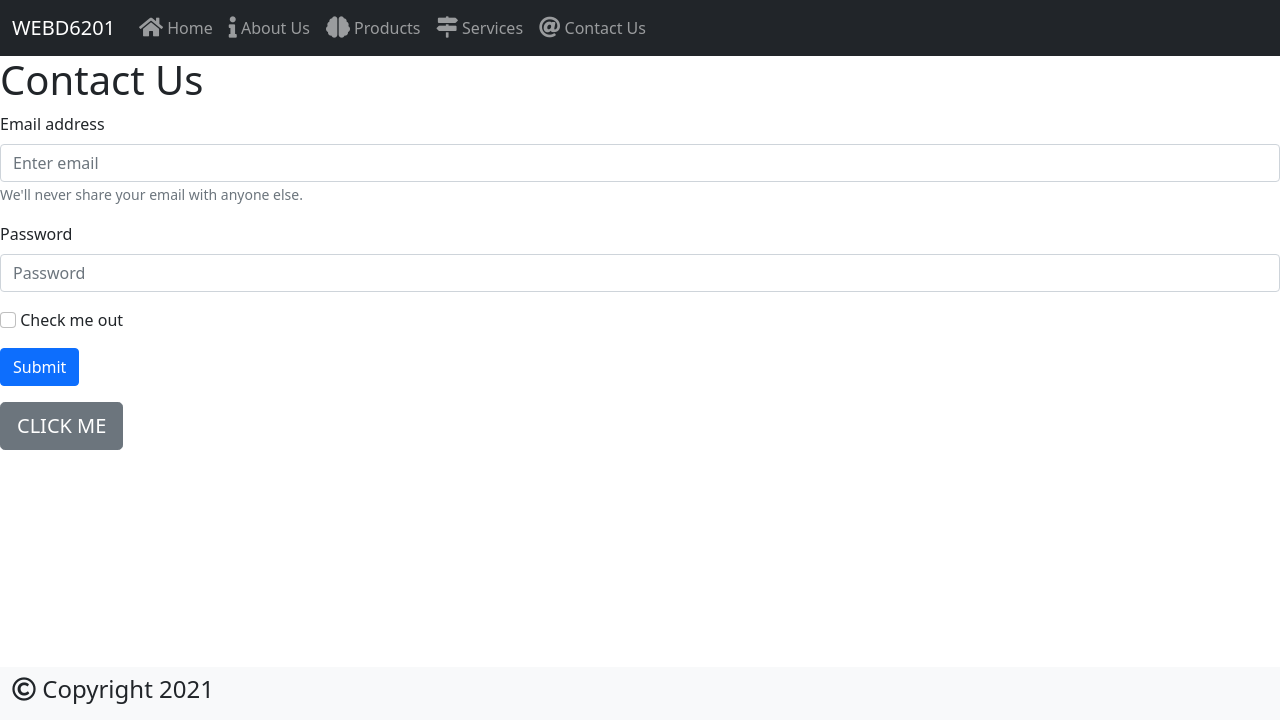
Repository: GarlicButterBoy/WEBD6201-Week1
Page: contact.html
An editor plug-in stored every save of this project. The page is shown before and after the next save, followed by the edit.
The browser window is 1280 px wide. The pictures show the whole page.

Above is the page before, as saved 2021-01-21 09:19:47.

### contact.html
<!DOCTYPE html>
<html lang="en">
<head>
    <meta charset="UTF-8">
    <meta name="viewport" content="width=device-width, initial-scale=1.0">
    <title>Contact Us</title>

    <!-- CSS Section -->
    <link rel="stylesheet" href="./node_modules/bootstrap/dist/css/bootstrap.min.css">
    <link rel="stylesheet" href="./node_modules/@fortawesome/fontawesome-free/css/all.min.css">
    <link rel="stylesheet" href="./Content/app.css">

</head>
<body>
       <!-- Main Nav Header -->

       <header>
         <!--Main Navigation-->
        <nav class="navbar navbar-expand-lg navbar-dark bg-dark">
            <div class="container-fluid">
              <a class="navbar-brand" href="index.html">WEBD6201</a>
              <button class="navbar-toggler" type="button" data-bs-toggle="collapse" data-bs-target="#navbarSupportedContent" aria-controls="navbarSupportedContent" aria-expanded="false" aria-label="Toggle navigation">
                <span class="navbar-toggler-icon"></span>
              </button>
              <div class="collapse navbar-collapse" id="navbarSupportedContent">
                <ul class="navbar-nav ml-auto mb-2 mb-lg-0">

                  <li class="nav-item">
                    <a class="nav-link" aria-current="page" href="index.html">
                        <i class="fas fa-home fa-lg"></i> Home</a>
                  </li>

                  <li class="nav-item">
                    <a class="nav-link" aria-current="page" href="about.html">
                        <i class="fas fa-info fa-lg"></i> About Us</a>
                  </li>

                  <li class="nav-item">
                    <a class="nav-link" aria-current="page" href="products.html">
                        <i class="fas fa-brain fa-lg"></i> Products</a>
                  </li>

                  <li class="nav-item">
                    <a class="nav-link" aria-current="page" href="services.html">
                        <i class="fas fa-map-signs fa-lg"></i> Services</a>
                  </li>

                  <li class="nav-item  active">
                    <a class="nav-link" aria-current="page" href="contact.html">
                        <i class="fas fa-at fa-lg"></i> Contact Us</a>
                  </li>

                </ul>
              </div>
            </div>
          </nav>
    </header>
<!--Main Content-->
    <main >
        <h1>Contact Us</h1>

        <form class="col-lg-auto">

          <div class="mb-3">
            <label for="exampleInputEmail1" class="form-label">Email address</label>
            <input type="email" class="form-control" id="exampleInputEmail1" aria-describedby="emailHelp" placeholder="Enter email">
            <small id="emailHelp" class="form-text text-muted">We'll never share your email with anyone else.</small>
          </div>

          <div class="mb-3">
            <label for="exampleInputPassword1" class="form-label">Password</label>
            <input type="password" class="form-control" id="exampleInputPassword1" placeholder="Password">
          </div>

          <div class="mb-3">
            <input type="checkbox" class="form-check-input" id="exampleCheck1">
            <label class="form-check-label" class="form-check-label" for="exampleCheck1">Check me out</label>
          </div>
          <button type="submit" class="btn btn-primary">Submit</button>
        </form>

        <p id="paragraphOne" ></p>
        <button class="btn btn-secondary btn-lg" id="clickMeButton">CLICK ME</button>
    </main>
<!--Main Footer-->
    <footer>
        <nav class="navbar fixed-bottom navbar-light bg-light">
            <div class="container-fluid">
              <h4><i class="far fa-copyright" ></i> Copyright 2021</h4>
            </div>
        </nav>
    </footer>

    <!-- JavaScript Section -->
    <script src="./node_modules/jquery/dist/jquery.min.js"></script>
    <script src="./node_modules/bootstrap/dist/js/bootstrap.bundle.min.js"></script>
    <script src="./Scripts/app.js"></script>

</body>
</html>

### Content/app.css
/*
 * Custom CSS goes here!
 */

### Scripts/app.js
/*
 * Custom Scripts go here!
 */

//IIFE - Immediately Invoked Function Expression
//AKA - Anonymous Self-Executing Function
//Closure - Limits Scope Leak

"use strict";

(function()
{

    function displayHome()
    {

    }

    function displayAbout()
    {

    }

    function displayProducts()
    {

    }

    function displayServices()
    {

    }

    function displayContact()
    {

    }

    //Initialization Function
    function Start()
    {

       console.log("App Started...");
       switch(document.title)
       {
           case 'Home':
               displayHome();
               break;
           case 'About':
               displayAbout();
               break;
           case 'Products':
               displayProducts();
               break;
           case 'Services':
               displayServices();
               break;
           case 'Contact':
               displayContact();
               break;
       }

/*
       let paragraphOneText = "This is a simple site to demonstrate DOM Manipulation for ICE 01.";

       let paragraphOneElement = document.getElementById("paragraphOne");

       paragraphOneElement.className = "fs-5 fw-bold";
       paragraphOneElement.textContent = paragraphOneText;

       //Step 1. document.createElement
       let newParagraph = document.createElement("p");
       //Step 2. Configure the element
       newParagraph.setAttribute("id", "paragraphTwo");
       newParagraph.textContent = "...And this is paragraph Two.";
       //Step 3. Select the parent
       let mainContent = document.getElementsByTagName("main")[0];
       //Step 4. Add/Insert the element
       mainContent.appendChild(newParagraph);

       paragraphTwo.className = "fs-6";

       //Another way to inject a comment
       let paragraphDiv = document.createElement('div');
       let paragraphThree = `<p class="fs-7" fw-bold>This is the third paragraph.</p>`;
       paragraphDiv.innerHTML = paragraphThree;

       //Insertion Before
       //paragraphTwo.before(paragraphDiv);

       //Insertion After
       paragraphTwo.after(paragraphDiv);

       //deletions
       //target an element
       //paragraphOneElement.remove();//remove a single element
       //target a child (rough)
       mainContent.removeChild(paragraphOneElement);

       //updates/modifications
       //paragraphTwoElement.firstChild.textContent = "This is an update. Welcome back!";
       mainContent.firstElementChild.textContent = "This is an update. Welcome back!";

        mainContent.innerHTML =
        `
        <h1 id="firstHeading">Welcome to Webd6201 - Lab 1</h1>
        <p id="firstParagraph" class="fw-bold">This is the first paragraph</p>
        `;
*/
       for (let index = 0; index < 5; index++)
       {

        console.log(index);

        let clickMeButton = document.getElementById("clickMeButton");



        clickMeButton.addEventListener("click", ()=>
        {
            console.log("Click me button was depressed :(");
        });
       }
    }
    //Event Listener
    window.addEventListener("load", Start);

})();

Loaded but not shown: node_modules/bootstrap/dist/css/bootstrap.min.css (library); node_modules/@fortawesome/fontawesome-free/css/all.min.css (library); node_modules/jquery/dist/jquery.min.js (library); node_modules/bootstrap/dist/js/bootstrap.bundle.min.js (library)

After the next save:
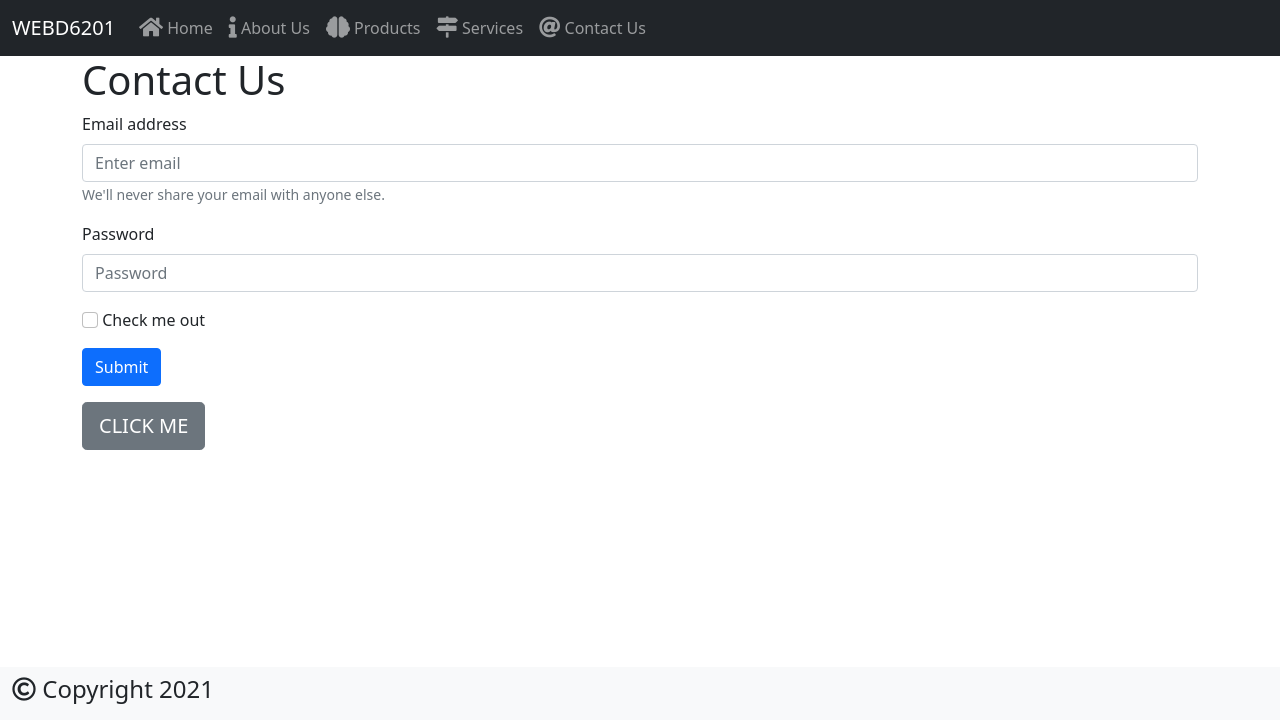
Saved 6 s later.
--- a/contact.html
+++ b/contact.html
@@ -56,7 +56,7 @@
           </nav>
     </header>
 <!--Main Content-->
-    <main >
+    <main class="container">
         <h1>Contact Us</h1>
 
         <form class="col-lg-auto">
